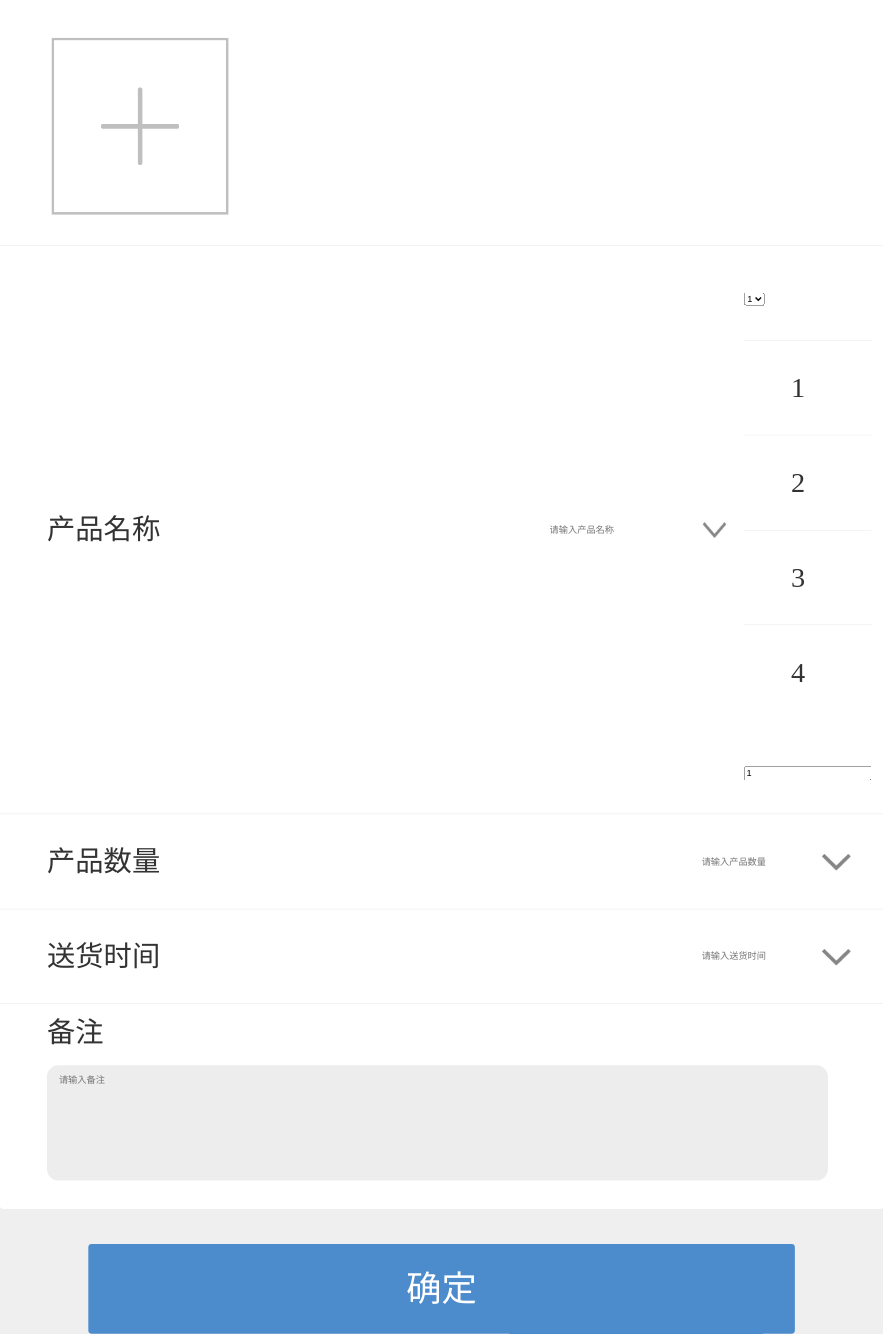
Repository: missing-star/produce
Page: Cbuyer.html
An editor plug-in stored every save of this project. The page is shown before and after the next save, followed by the edit.
The browser window is 1280 px wide. The pictures show the whole page, at 69% of full size.

Above is the page before, as saved 2019-05-20 10:47:00.

After the next save:
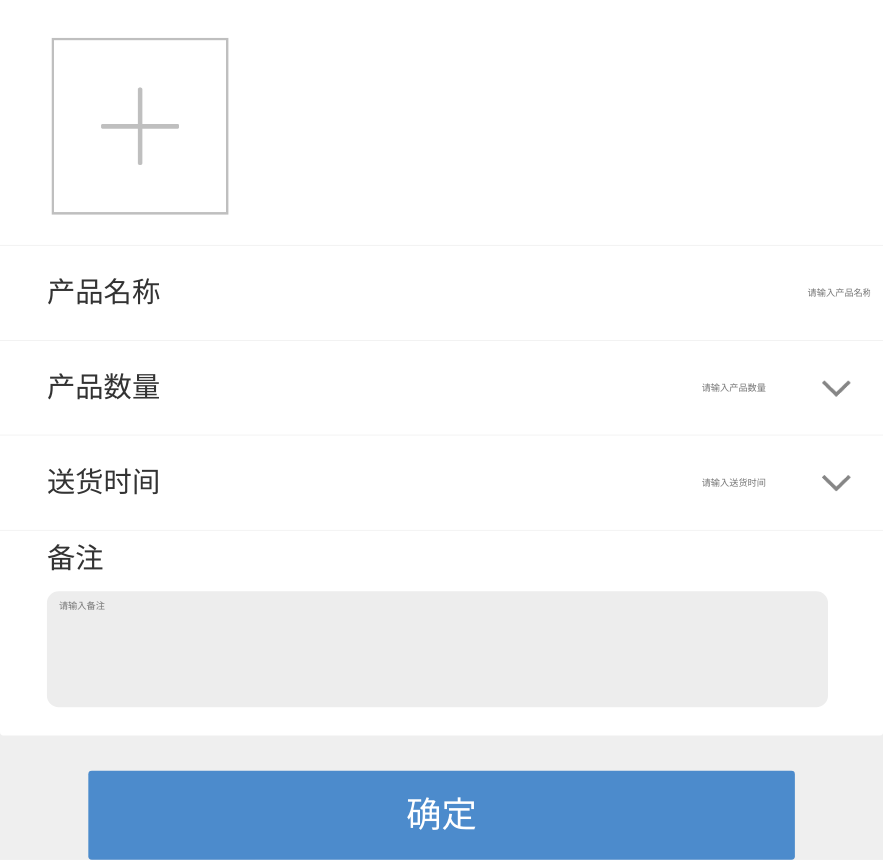
Saved 3 min 32 s later.
--- a/Cbuyer.html
+++ b/Cbuyer.html
@@ -22,14 +22,14 @@
                     <div class="box">
                         <input type="text" v-model="title" placeholder="请输入产品名称" id="hh">
                         <!-- <span>请输入产品名称</span> -->
-                        <span class="next" @click="select"></span>
+                        <!-- <span class="next" @click="select"></span> -->
                         <!-- <img  src="img/xia.png" alt="" > -->
-                        <select name="" id="">
+                        <!-- <select name="" id="">
                             <option>1</option>
                             <option>2</option>
                             <option>3</option>
                             <option>4</option>
-                        </select>
+                        </select> -->
                     </div>
 
                 </li>
